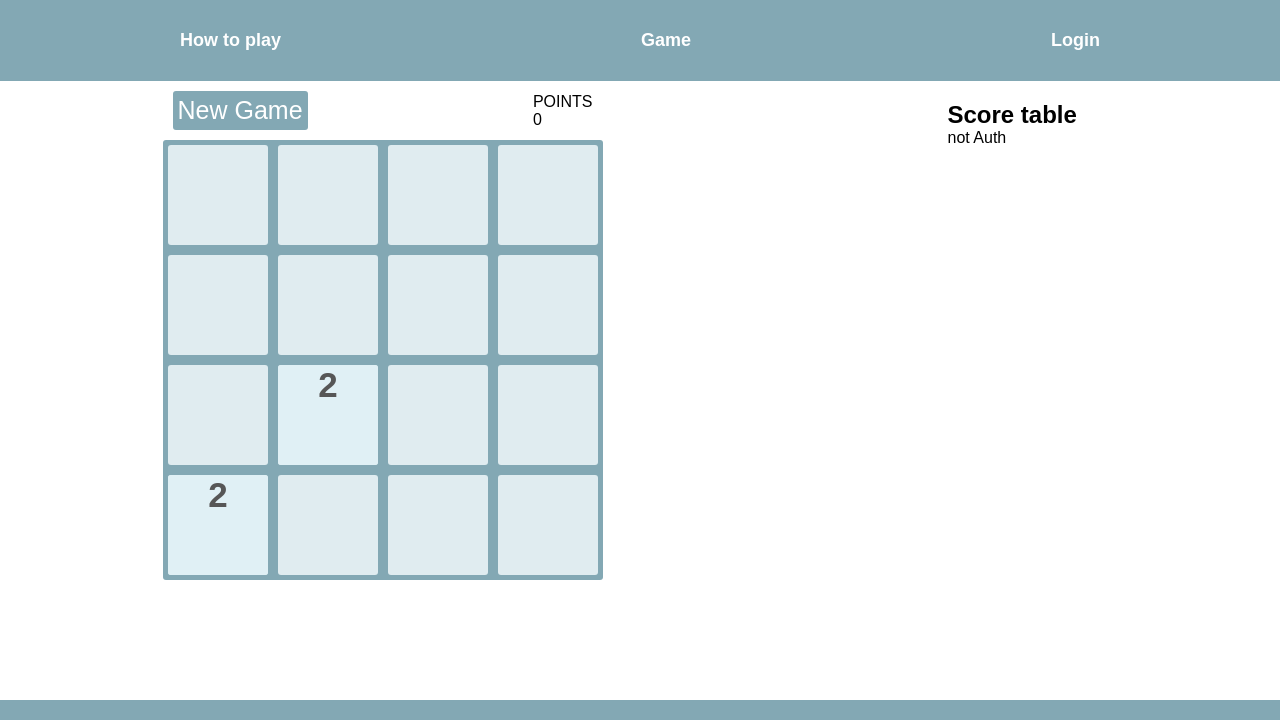
Repository: nika-otter/2048
Page: / (app in client/)
An editor plug-in stored every save of this project. The page is shown before and after the next save, followed by the edit.
The browser window is 1280 px wide. The pictures show the whole page.
The project was rebuilt for these pictures with package versions that can differ from the ones it lists, and the page was loaded fresh each time. Also part of the build but not shown: client/src/components/Login/LoginForm.js, client/src/pages/account/index.jsx, client/src/components/Game/GameOverlay.jsx, client/src/components/InstructionPage/InstructionPage.module.scss, client/src/components/HowToPlay/howtoplay.module.scss, client/src/components/HowToPlay/howtoplay.jsx, client/src/components/InstructionPage/InstructionPage.jsx, client/src/pages/Instruction/index.jsx and 4 more.

Above is the page before, as saved 2023-05-01 23:52:28.

After the next save:
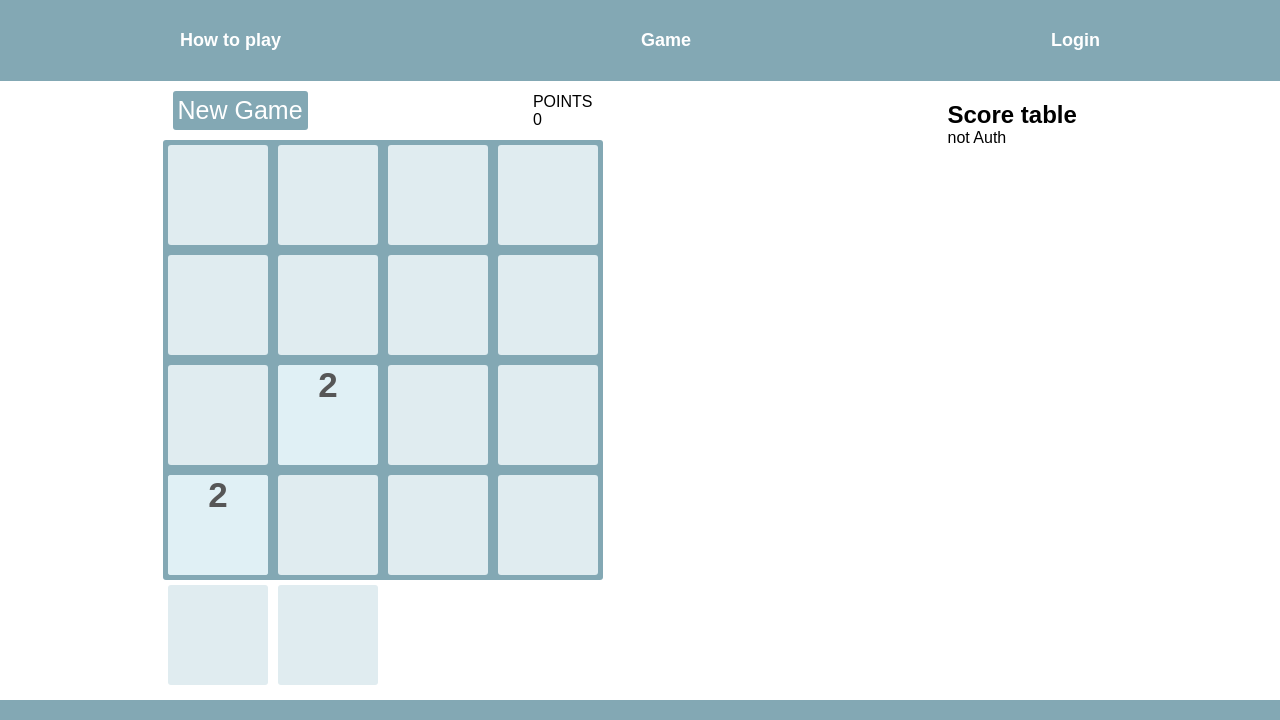
Saved 3 s later.
--- a/client/src/components/Game/Tile.jsx
+++ b/client/src/components/Game/Tile.jsx
@@ -28,7 +28,7 @@ const Tile = ({ tile, id }) => {
 
   let styles = classArray.join(" ");
   return (
-    <div>
+    <div className="tileblock">
       <span className={styles}>{tile.value}</span>
     </div>
   );

After the save that followed:
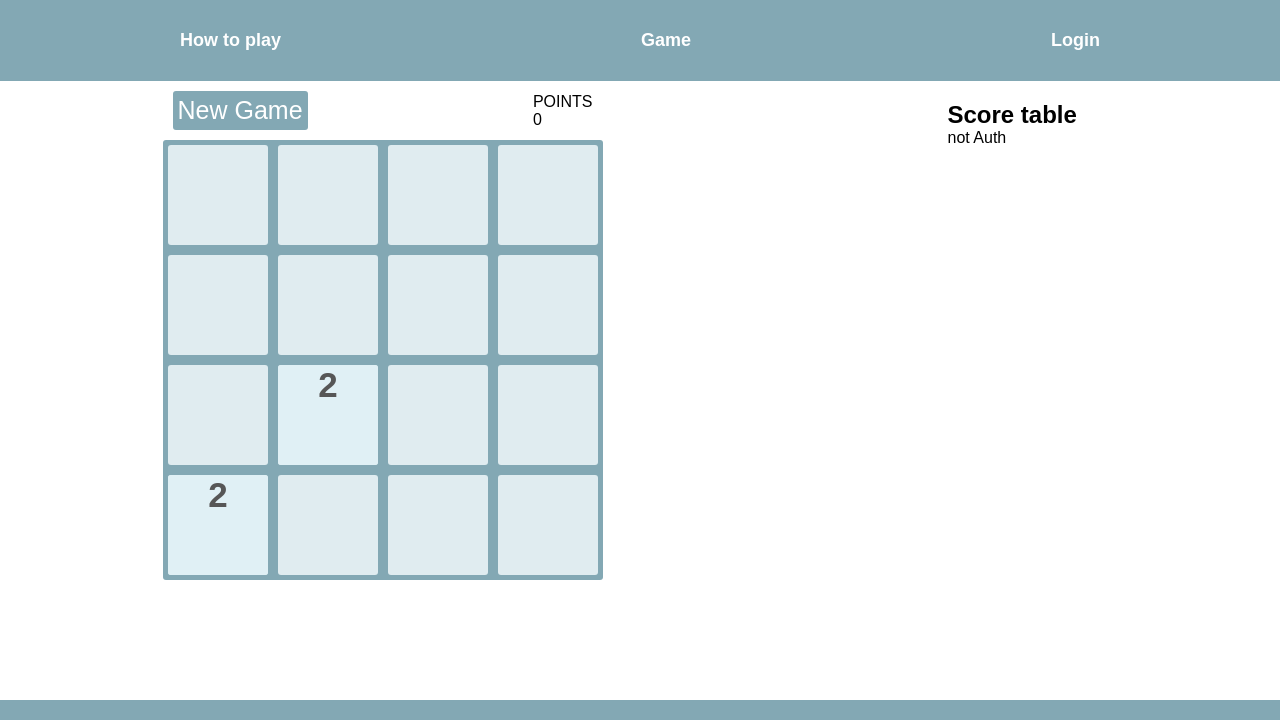
Saved 10 s later.
--- a/client/src/components/Game/Board.scss
+++ b/client/src/components/Game/Board.scss
@@ -96,8 +96,7 @@ body {
 }
 
 .cell,
-.tile,
-.tileblock {
+.tile {
   // display: inline-block;
   width: 100px;
   height: 100px;
